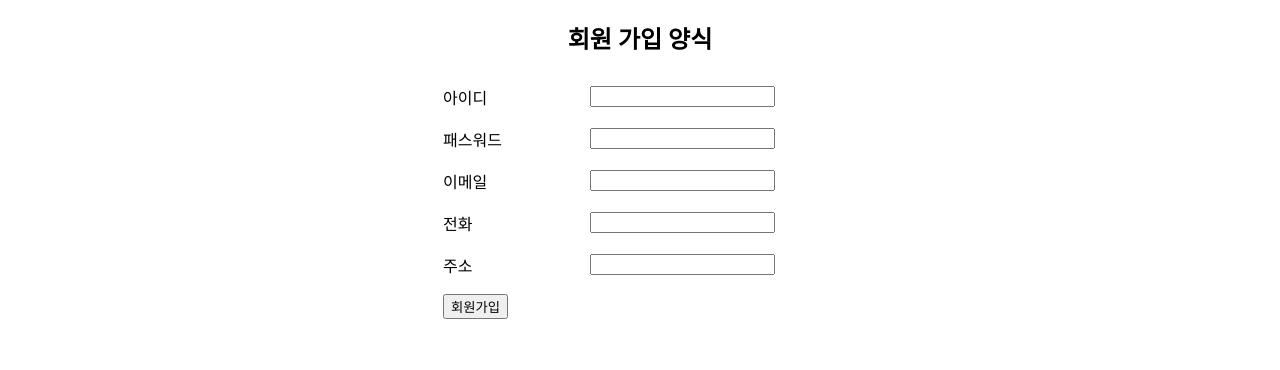
Repository: kdw1437/CreateBoardProject
Page: http://localhost/Model2-day1/MemberJoin2.jsp
These files come from the project's save history. The page is drawn as it stood at one moment and after the next save; the edit follows.
The browser window is 1280 px wide. The pictures show the whole page.
The page is served by Tomcat 9.

Above is the page before, as saved 2024-08-10 16:00:24.

After the next save:
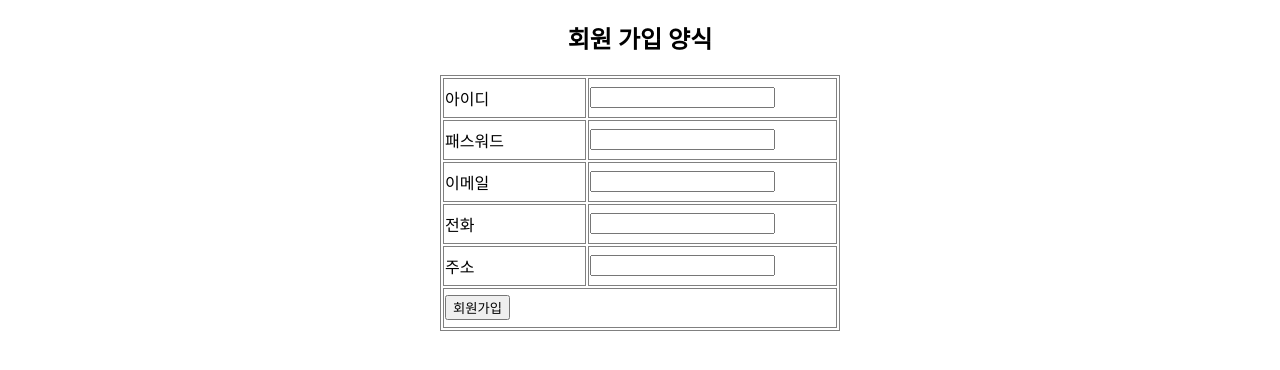
Saved 19 s later.
--- a/Model2-day1/src/main/webapp/MemberJoin2.jsp
+++ b/Model2-day1/src/main/webapp/MemberJoin2.jsp
@@ -6,7 +6,7 @@
 	<center>
 	<h2>회원 가입 양식</h2>
 	<form action="Mproc2" method="post">
-	<table width="400">
+	<table width="400" border="1" bordercolor="gray">
 		<tr height="40">
 			<td width="150"> 아이디 </td>
 			<td width="250"><input type="text" name="id"></td>
